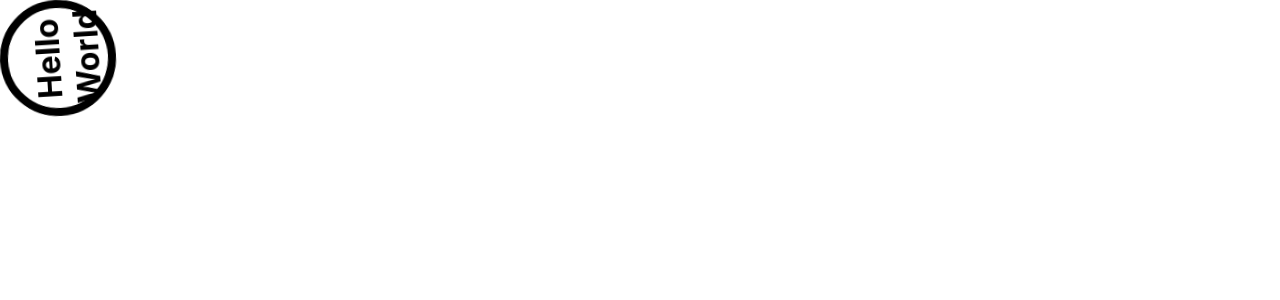
Repository: DeepikaSuretek/React
Page: / (app in practice-app/)
These files come from the project's save history. The page is drawn as it stood at one moment and after the next save; the edit follows.
The browser window is 1280 px wide. The pictures show the whole page.
The project was rebuilt for these pictures with package versions that can differ from the ones it lists, and the page was loaded fresh each time.

Above is the page before, as saved 2024-07-08 17:37:32.

### practice-app/src/App.js
import './App.css';
import User from './class-component/class';

function App() {
  return (
    <div className="App loader">
     <h1>Hello World</h1>
     <User />
    </div>
  );
}

export default App;

### practice-app/src/App.css
.App {
  text-align: center;
}

.App-logo {
  height: 40vmin;
  pointer-events: none;
}

@media (prefers-reduced-motion: no-preference) {
  .App-logo {
    animation: App-logo-spin infinite 20s linear;
  }
}

.App-header {
  background-color: #282c34;
  min-height: 100vh;
  display: flex;
  flex-direction: column;
  align-items: center;
  justify-content: center;
  font-size: calc(10px + 2vmin);
  color: white;
}

.App-link {
  color: #61dafb;
}

@keyframes App-logo-spin {
  from {
    transform: rotate(0deg);
  }
  to {
    transform: rotate(360deg);
  }
}

.loader{
  height: 100px;
  width: 100px;
  border: 8px solid;
  background-color: black black black red;
  border-radius: 50%;
  animation: App-logo-spin 2s linear infinite;
}

### practice-app/src/class-component/class.js
import { Component } from "react"

class User extends Component{
    render(){
        return(
           <div>{console.log('Hello')}</div>
        )
    }
}

export default User;

Loaded but not shown: practice-app/public/index.html (common file); practice-app/src/index.js (common file); practice-app/src/index.css (common file); practice-app/src/reportWebVitals.js (common file)

After the next save:
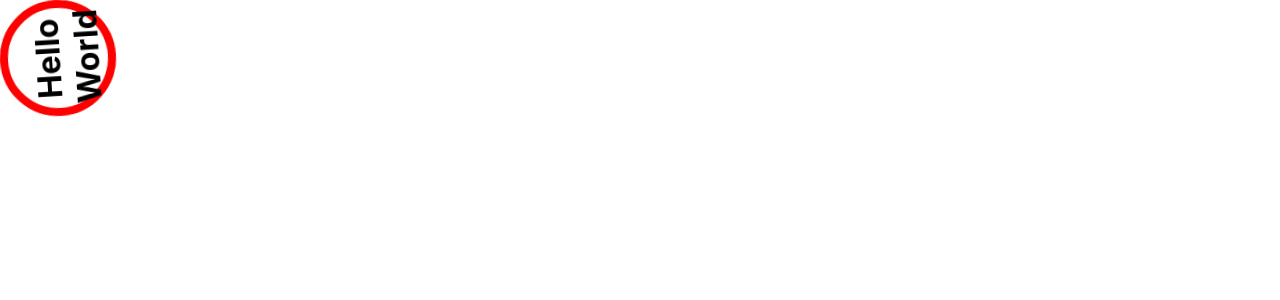
Saved 17 s later.
--- a/practice-app/src/App.css
+++ b/practice-app/src/App.css
@@ -40,7 +40,7 @@
 .loader{
   height: 100px;
   width: 100px;
-  border: 8px solid;
+  border: 8px solid red;
   background-color: black black black red;
   border-radius: 50%;
   animation: App-logo-spin 2s linear infinite;
